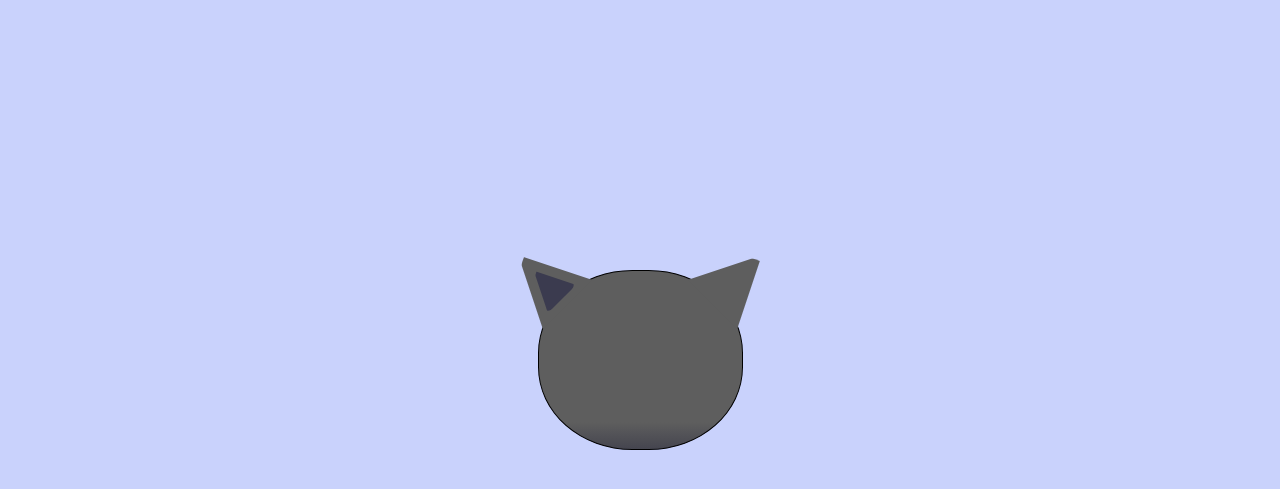
Repository: Lungdjos/cat_painting
Page: index.html
The author's editor kept a copy of each file at every save. The page is drawn from the files as they stood at one save, then again after the next save.
The browser window is 1280 px wide. The pictures show the whole page.

Above is the page before, as saved 2023-11-08 16:50:39.

After the next save:
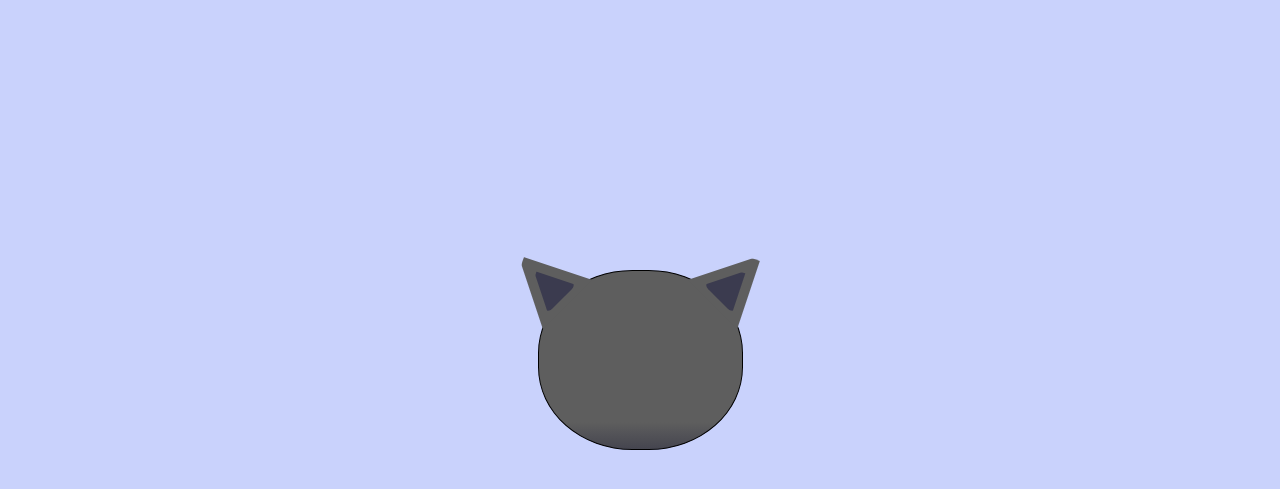
Saved 10 s later.
--- a/styles.css
+++ b/styles.css
@@ -59,7 +59,7 @@ body {
     border-bottom-right-radius: 40%;
 }
 
-.cat-left-inner-ear {
+.cat-right-inner-ear {
     border-left: 20px solid transparent;
     border-right: 20px solid transparent;
     border-bottom: 40px solid #3b3b4f;
